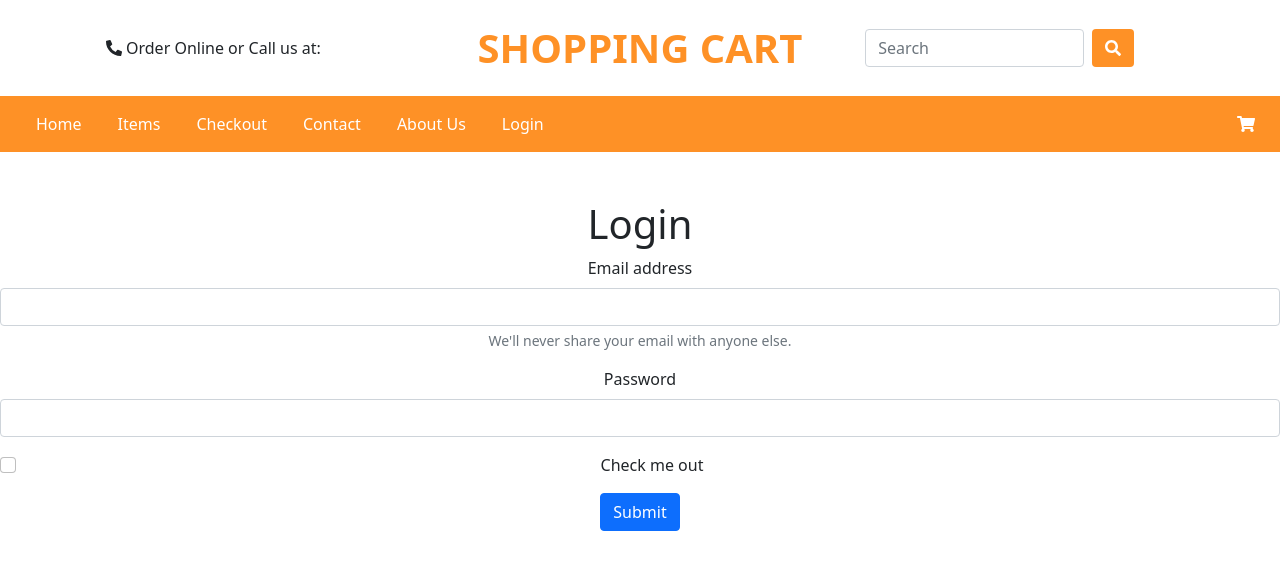
Repository: SaudCh/React-Ecommerce
Page: /login
These files come from the project's save history. The page is drawn as it stood at one moment and after the next save; the edit follows.
The browser window is 1280 px wide. The pictures show the whole page.
The project was rebuilt for these pictures with package versions that can differ from the ones it lists, and the page was loaded fresh each time. Also part of the build but not shown: src/App.css, src/Home/Carousel.jsx, src/Home/home.jsx.

Above is the page before, as saved 2021-12-05 19:13:10.

After the next save:
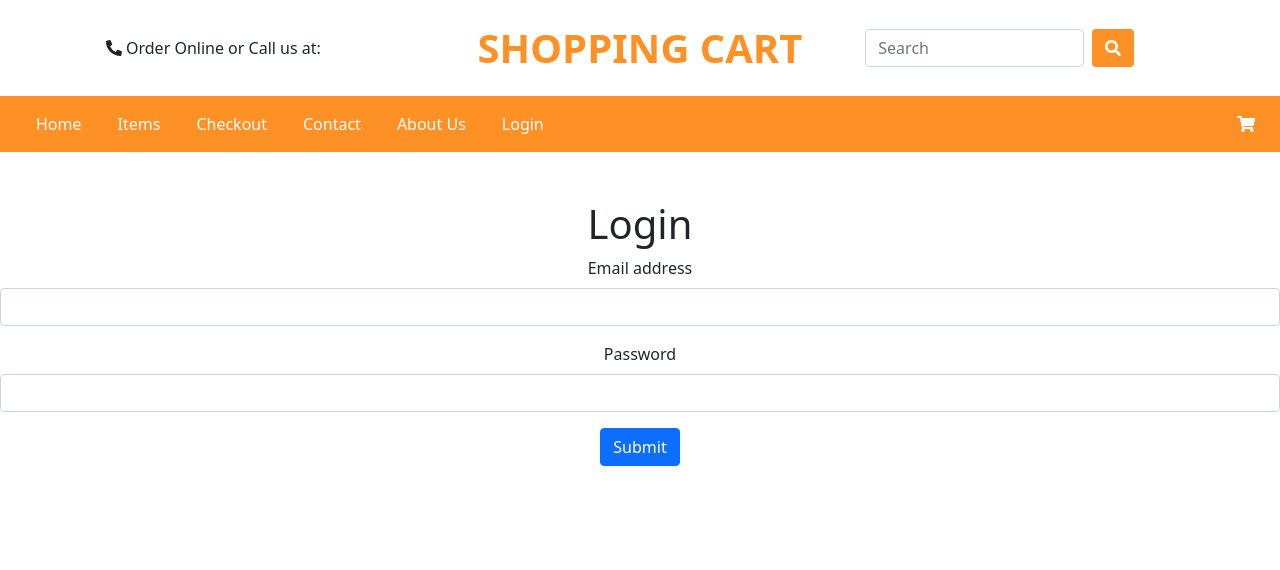
Saved 31 s later.
--- a/src/Login/Login.jsx
+++ b/src/Login/Login.jsx
@@ -9,15 +9,7 @@ export default function Login() {
           <label for="exampleInputEmail1" class="form-label">
             Email address
           </label>
-          <input
-            type="email"
-            class="form-control"
-            id="exampleInputEmail1"
-            aria-describedby="emailHelp"
-          />
-          <div id="emailHelp" class="form-text">
-            We'll never share your email with anyone else.
-          </div>
+          <input type="email" class="form-control" id="exampleInputEmail1" />
         </div>
         <div class="mb-3">
           <label for="exampleInputPassword1" class="form-label">
@@ -29,12 +21,7 @@ export default function Login() {
             id="exampleInputPassword1"
           />
         </div>
-        <div class="mb-3 form-check">
-          <input type="checkbox" class="form-check-input" id="exampleCheck1" />
-          <label class="form-check-label" for="exampleCheck1">
-            Check me out
-          </label>
-        </div>
+
         <button type="submit" class="btn btn-primary">
           Submit
         </button>
